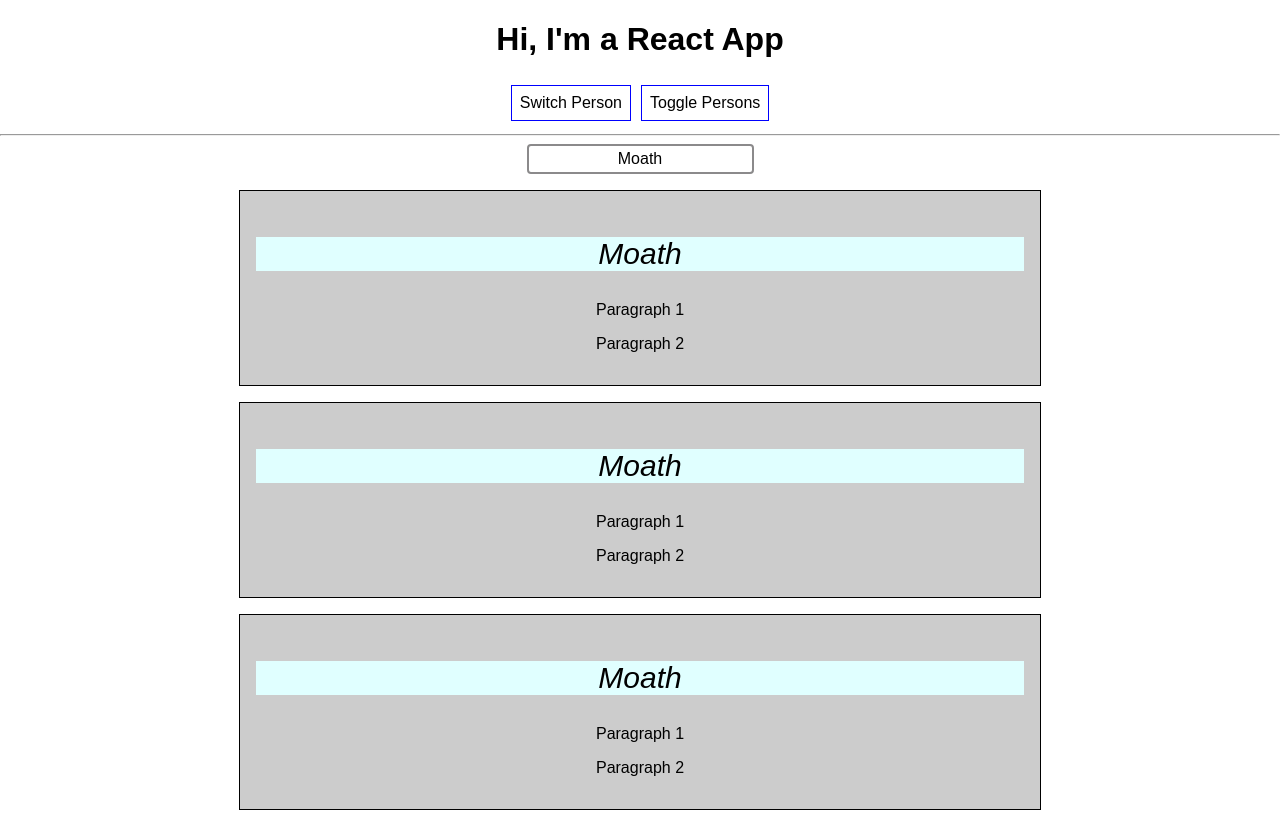
Repository: MuathYHKefayah/React-Basics
Page: /
The author's editor kept a copy of each file at every save. The page is drawn from the files as they stood at one save, then again after the next save.
The browser window is 1280 px wide. The pictures show the whole page.
The project was rebuilt for these pictures with package versions that can differ from the ones it lists, and the page was loaded fresh each time. Also part of the build but not shown: src/Person/Person.css, src/Person/Person.js.

Above is the page before, as saved 2020-12-12 14:57:20.

### src/App.js
import React, { Component } from 'react';
import './App.css';
import Person from './Person/Person';
import UserInput from './UserInput/UserInput';
import UserOutput from './UserOutput/UserOutput';

class App extends Component {
  state = {
     persons: [
       { id: 'item1', name:'Moath', age: 25},
       { id: 'item2', name:'Ahmad', age: 26},
       { id: 'item3', name:'Khaled', age: 27},
     ],
     username: "Moath",
     showPersons: false
  }

  switchNameHandler  = (newName, newAge, index) => {
    //let personsCopy = JSON.parse(JSON.stringify(this.state.persons));
    //let personsCopy = this.state.persons.slice();
    let personsCopy = [...this.state.persons];
    personsCopy[index].name = newName;
    personsCopy[index].age = newAge;

    //Don't Do This: this.state.persons[index].name = newName;
    // this.setState({
    //   persons: [
    //     { name:newName, age: 25},
    //     { name:'Ahmad', age: 26},
    //     { name:'Khaled', age: newAge},
    //   ]
    // })
    this.setState({
        persons: personsCopy
      })
  }

  nameChangedHandler = (event) => {
    this.setState({
      persons: [
        { name: event.target.value, age: 26},
        { name:'Moath', age: 25},
        { name:'Khaled', age: 27},
      ]
    })
  }

  deletePersonHandler = (personIndex) => {
    const persons = [...this.state.persons];
    persons.splice(personIndex, 1);
    this.setState({persons: persons});
  }

  togglePersonsHandler = () => {
    const doesShow =  this.state.showPersons;
    this.setState({
      showPersons : !doesShow
    });
  }



  usernameChangedHandelr = (event) => {
    this.setState({
      username: event.target.value
    })
  }

  render() {
    const style = {
      backgroundColor: 'white',
      font: 'inherit',
      border: '1px solid blue',
      padding: '8px',
      cursor: 'pointer',
      margin: '5px'
    };

    let persons = null;
    // Way #2 this is the preferd way
    if(this.state.showPersons){
      persons =
        (
          <div>
            {this.state.persons.map((person, index) => {
              return <Person
                        key={person.id}
                        name={person.name}
                        age={person.age}
                        click={this.switchNameHandler.bind(this, person.name+'!', person.age + 5, index)}
                        changed={this.nameChangedHandler}
                        deleted={this.deletePersonHandler.bind(this, index)}
                        />
            })}
            {/* <Person name={this.state.persons[0].name} age={this.state.persons[0].age}/>
            <Person
              name={this.state.persons[1].name}
              age={this.state.persons[1].age}
              click={this.switchNameHandler.bind(this, 'Moath!', 40)}
              changed={this.nameChangedHandler}
              >My Hobbies: Racing</Person>
            <Person name={this.state.persons[2].name} age={this.state.persons[2].age}/> */}
          </div>
        );

    }

    return (
      // jsx \\ write html code in js file
      <div className="App">
        <h1>Hi, I'm a React App</h1>
        {
          this.state.persons.length > 0 ?
          <div>
            <button
              style={style}
              onClick={this.switchNameHandler.bind(this, this.state.persons[0].name + '!!', 30, 0)}>Switch Person</button>
            <button
              style={style}
              onClick={this.togglePersonsHandler}> Toggle Persons</button>
          </div> : alert('If you delete this person you will not have any Person then!')
        }

        {
        // Way #1
        /* { this.state.showPersons ?
            <div>
              <Person name={this.state.persons[0].name} age={this.state.persons[0].age}/>
              <Person
                name={this.state.persons[1].name}
                age={this.state.persons[1].age}
                click={this.switchNameHandler.bind(this, 'Moath!', 40)}
                changed={this.nameChangedHandler}
                >My Hobbies: Racing</Person>
              <Person name={this.state.persons[2].name} age={this.state.persons[2].age}/>
            </div> : null
        } */}
        {persons}

        <hr/>
        <UserInput
          name={this.state.username}
          changed={this.usernameChangedHandelr}/>

        <UserOutput name={this.state.username}/>
        <UserOutput name={this.state.username}/>
        <UserOutput name={this.state.username}/>

      </div>
    );
    //return React.createElement('div', {className: 'App'} , React.createElement('h1', null , 'Hi, I\'m a React App !!!' ))
  }
}

export default App;

### src/UserInput/UserInput.js
import React, { Component } from 'react';


class UserInput extends Component{
    render(){
        const style = {
            fontSize: '16px',
            fontFamily: 'inherit',
            padding: '0.25em 0.5em',
            backgroundColor: '#fff',
            border: '2px solid #8b8a8b',
            borderRadius: '4px',
            textAlign: 'center'
        }
        return(
            <div className="UserInput">
                <input
                    style= {style}
                    type="text"
                    onChange={this.props.changed}
                    value={this.props.name}/>
            </div>

        );
    }
}

export default UserInput;

### src/UserOutput/UserOutput.js
import React, { Component } from 'react';
import './UserOutput.css'

class UserOutput extends Component {

    render(){
        const style = {
            backgroundColor: 'lightcyan',
            fontStyle: 'oblique',
            fontSize: '30px'
        };
        return(
            <div className="UserOutput">
                <p style={style}>{this.props.name}</p>
                <p>Paragraph 1</p>
                <p>Paragraph 2</p>
            </div>
        );
    }
}

export default UserOutput;

### src/UserOutput/UserOutput.css
.UserOutput{
    width: 60%;
    border: 1px solid black;
    padding: 16px;
    background-color: #ccc;
    margin: 16px auto;
    text-align: center;
}

Loaded but not shown: public/index.html (common file); src/index.js (common file); src/index.css (common file); src/registerServiceWorker.js (common file); src/App.css (common file)

After the next save:
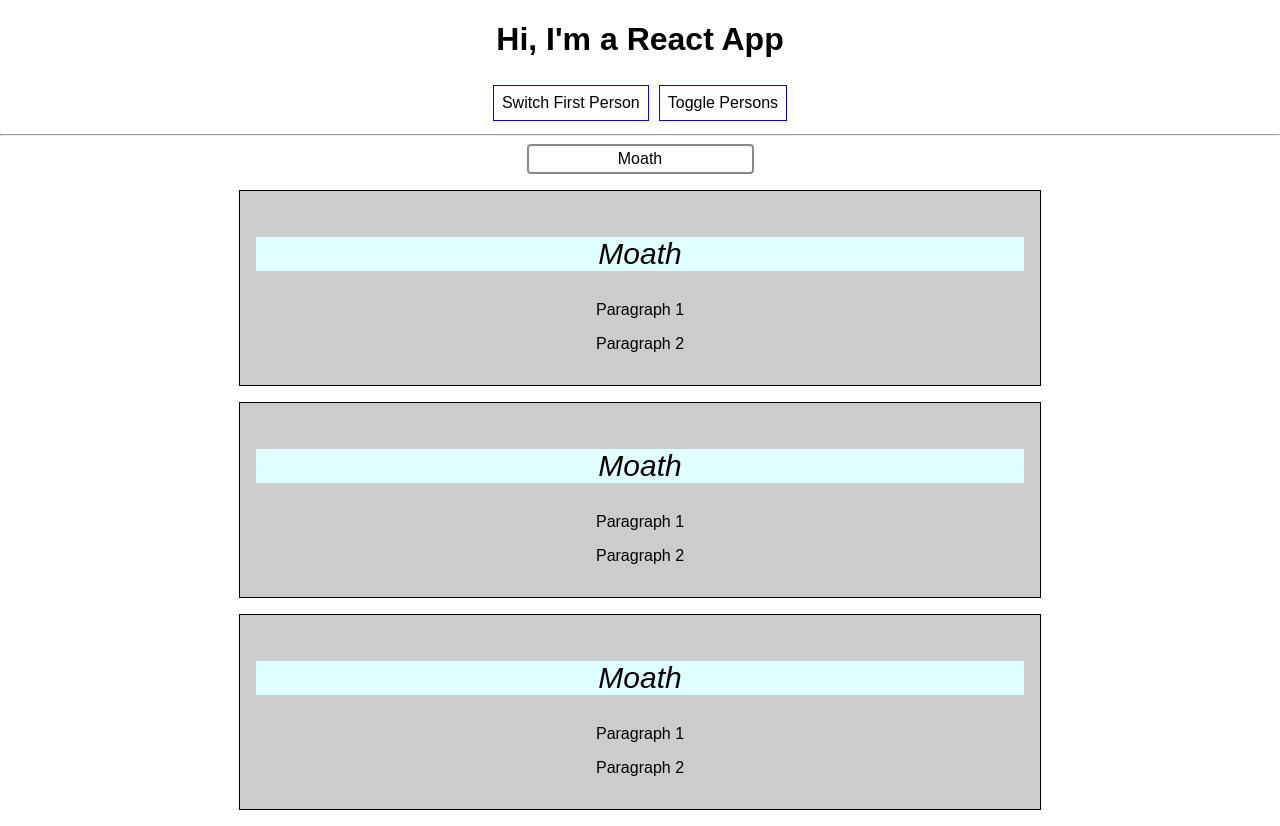
Saved 45 s later.
--- a/src/App.js
+++ b/src/App.js
@@ -114,7 +114,7 @@ class App extends Component {
           <div>
             <button
               style={style}
-              onClick={this.switchNameHandler.bind(this, this.state.persons[0].name + '!!', 30, 0)}>Switch Person</button>
+              onClick={this.switchNameHandler.bind(this, this.state.persons[0].name + '!!', 30, 0)}>Switch First Person</button>
             <button
               style={style}
               onClick={this.togglePersonsHandler}> Toggle Persons</button>
